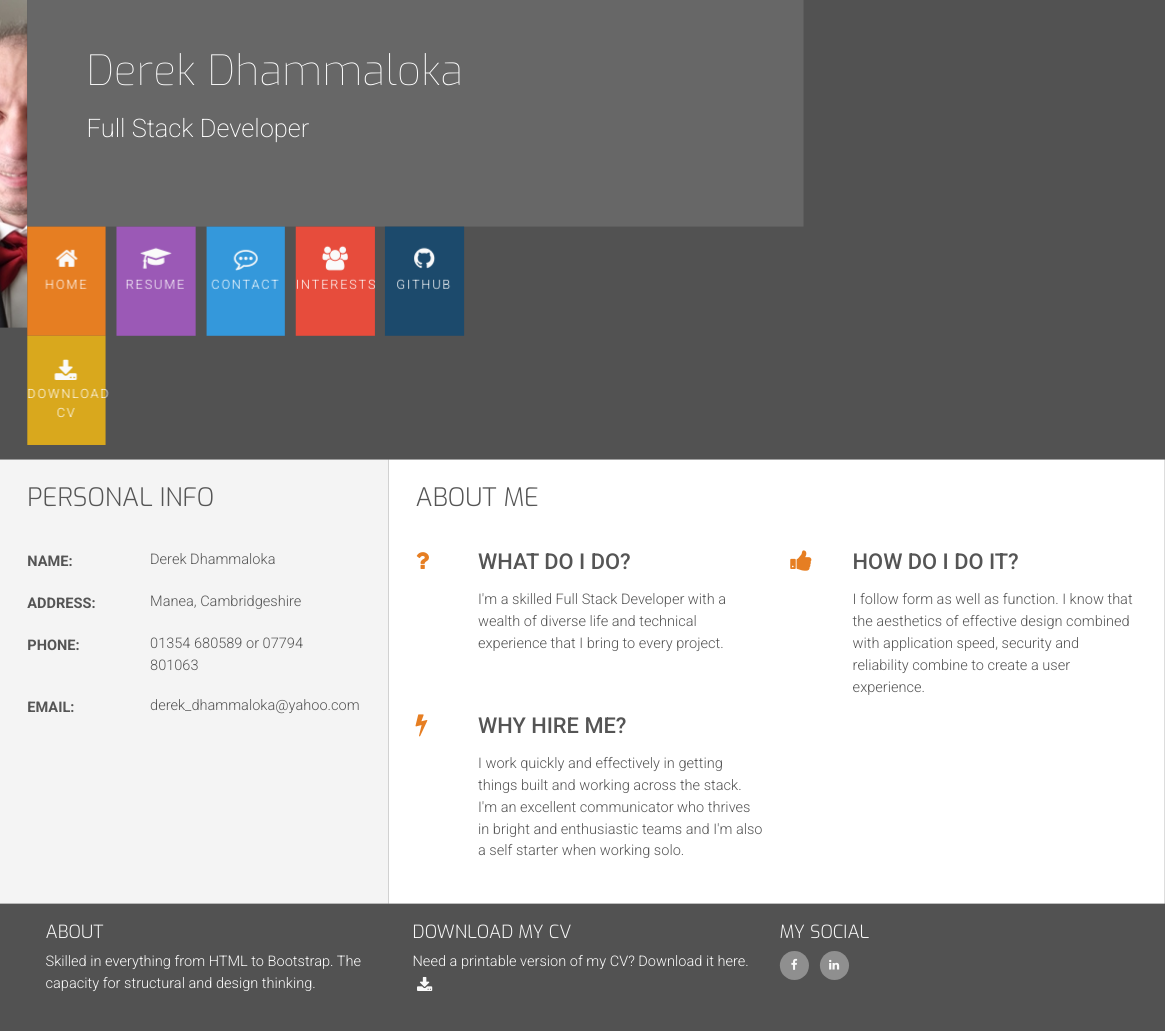
Repository: derektypist/derek-dhammaloka-cv
Page: index.html
The author's editor kept a record of every edit. The page is drawn from the files as they stood at one moment, then again after the next edit.
The browser window is 1280 px wide. The pictures show the whole page, at 91% of full size.
Some web libraries are served in a nearby version.

Above is the page before.

After the next edit:
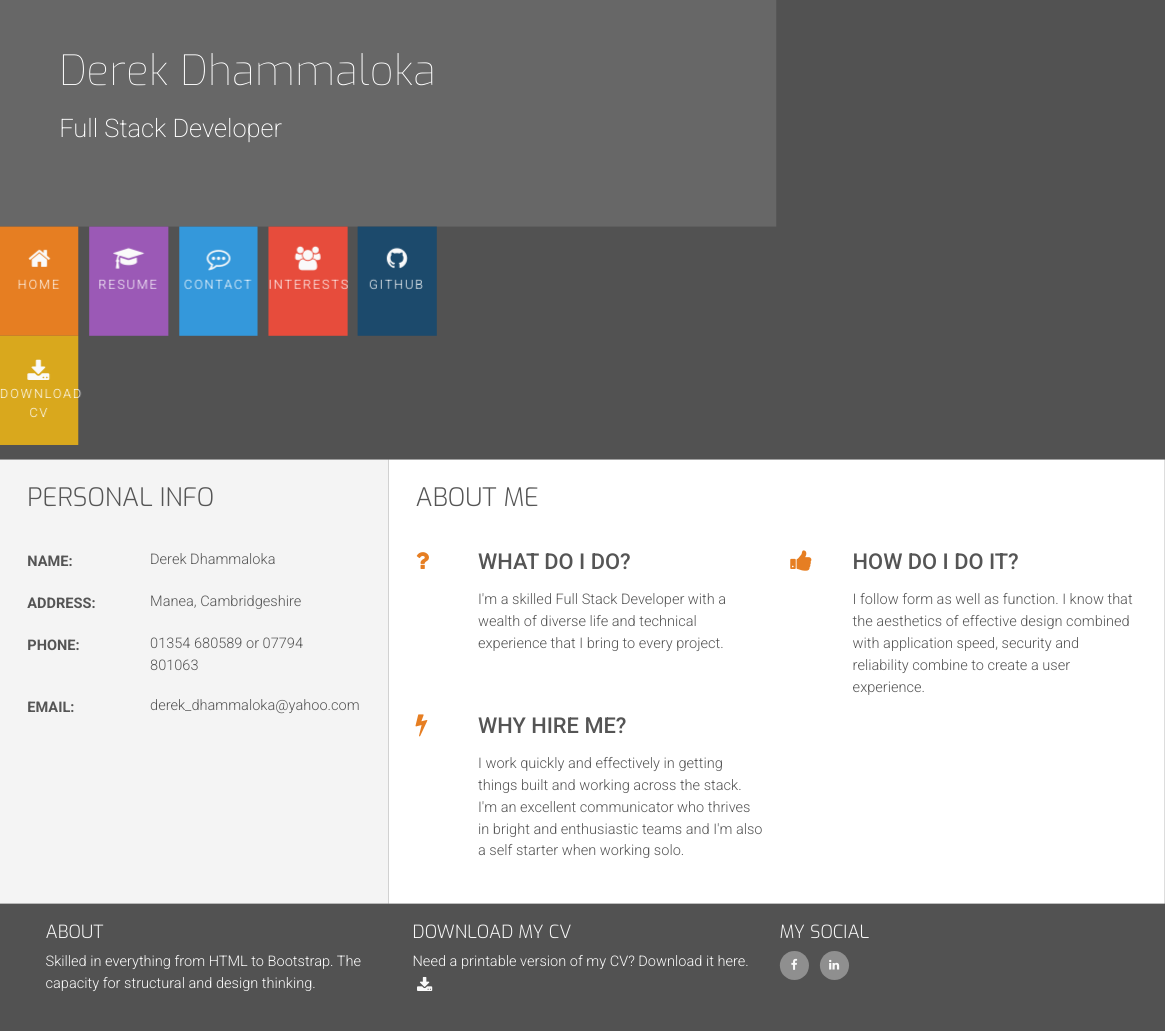
The edit:
--- a/index.html
+++ b/index.html
@@ -15,7 +15,6 @@
 
                 <a href="index.html" title="Derek Dhammaloka Home Page">
 
-                    <div class="col-md-4 logo"></div>
 
                 </a>
 
